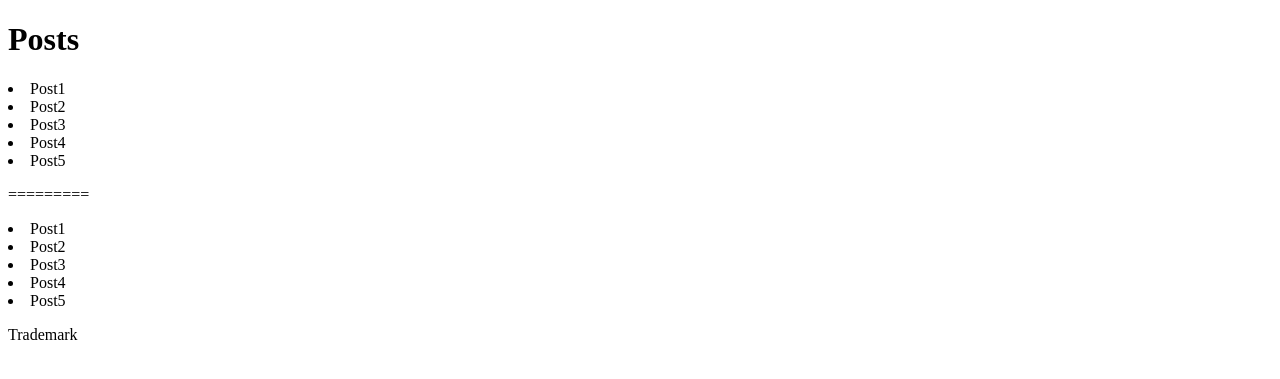
Repository: hvitis/CodingChallange
Page: http://localhost/posts
The author's editor kept a record of every edit. The page is drawn from the files as they stood at one moment, then again after the next edit.
The browser window is 1280 px wide. The pictures show the whole page.
The page is served by the project's Node server (myapp.js).

Above is the page before.

After the next edit:
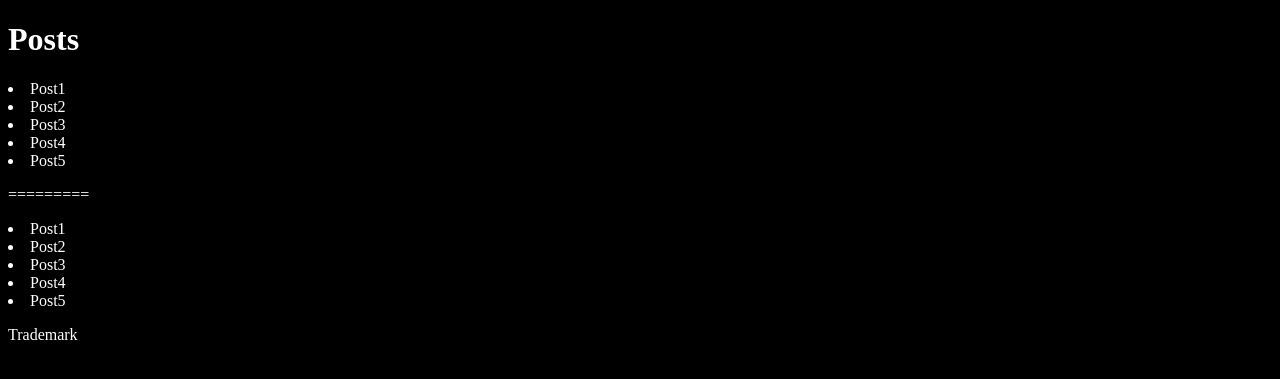
The edit:
--- a/04 April/0412 c9 Project/hashimoto/workspace/views/partials/header.ejs
+++ b/04 April/0412 c9 Project/hashimoto/workspace/views/partials/header.ejs
@@ -1,6 +1,7 @@
 <!doctype html>
 <html lang="en" ng-app>
   <head>
-<title>Apka o mojej chorobie</title>
+        <title>Apka o mojej chorobie</title>
+        <link rel="stylesheet" type="text/css" href="/app.css">
   </head>
   <body>
